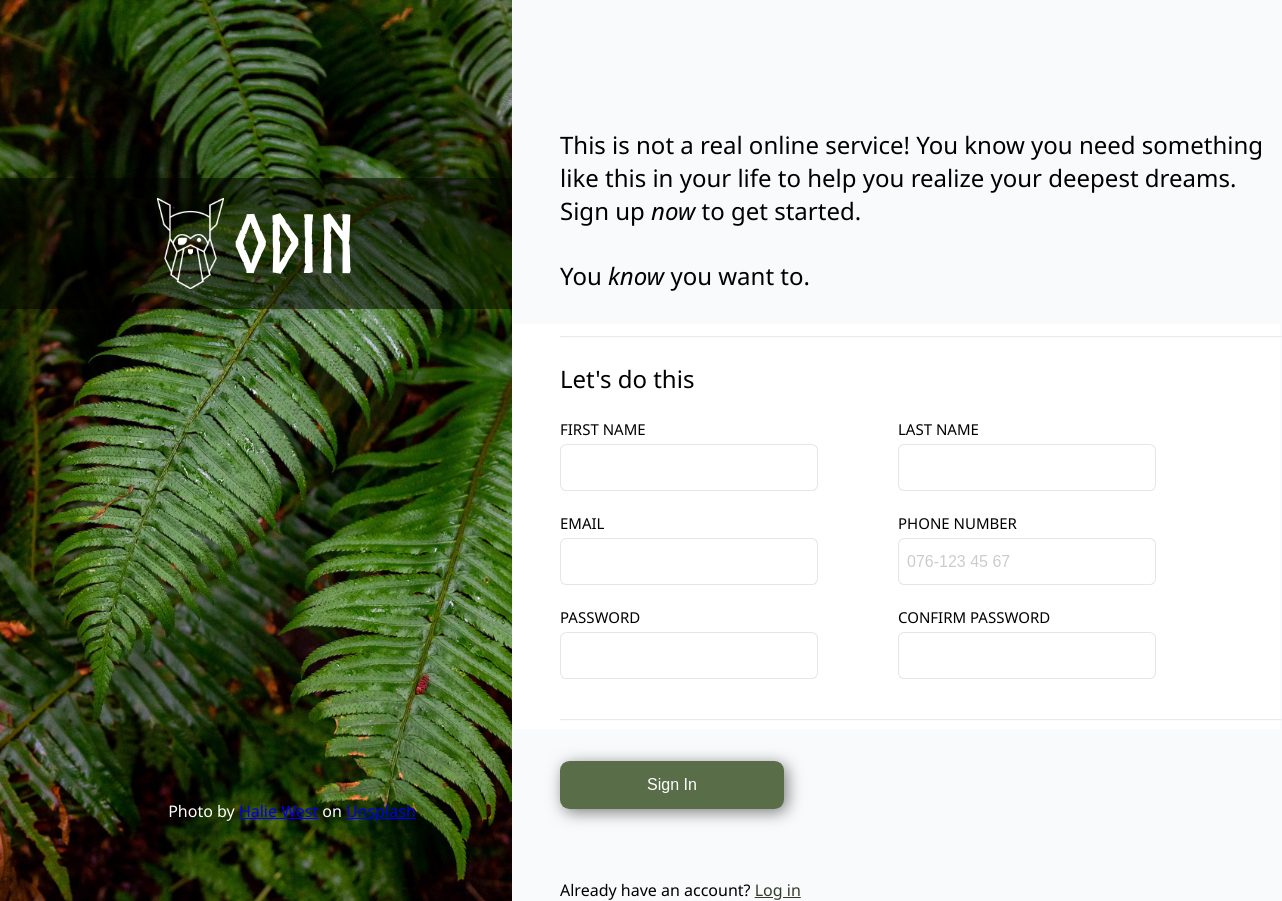
Repository: fed26sto-fundamentals/sign-up-form-odai-dh
Page: index.html
These files come from the project's save history. The page is drawn as it stood at one moment and after a run of saves; the edit follows.
The browser window is 1280 px wide. The page is 1282 px wide, so the pictures cover 1282 px, including what lies to the right of the window. The pictures show the whole page.

Above is the page before, as saved 2024-10-01 21:17:59.

### index.html
<!DOCTYPE html>
<html lang="en">

<head>
    <meta charset="UTF-8">
    <meta name="viewport" content="width=device-width, initial-scale=1.0">
    <link href="styles.css" rel="stylesheet" />
    <title>Document</title>
</head>

<body>
    <div class="leftSide">
        <div class="odinLogo">
            <img src="/img/odin-lined.png" alt="odin logo">
            <p>ODIN</p>
        </div>
        <div class="leftSideFoot">
            <p>Photo by <a href="https://unsplash.com/@haliewestphoto" target="_blank">Halie West</a> on <a
                    href="https://unsplash.com/" target="_blank">Unsplash</a></p>

        </div>
    </div>
    <div class="rightSide">
        <div class="textR">
            <p>This is not a real online service! You know you need something like this in your life to help you realize
                your deepest dreams. Sign up <em>now</em> to get started.</p>
        </div>
        <div class="textRs">
            <p> You <em>know</em> you want to.</p>
        </div>
        <div class="form">
            <form action="#" class="form">
                <div class="formTitle">
        <hr id="line">
                    <p>Let's do this</p>
                </div>
                <div class="formStart">
                    <div class="cill1">
                        <div class="firstN">
                            <label for="firstN">FIRST NAME</label>
                            <input type="text" id="firstN" class="required" name="firstName" required>
                            <span class="error-message" aria-live="polite">First Name is required</span>
                        </div>
                        <div class="emailIn">
                            <label for="emailIn">EMAIL</label>
                            <input type="email" id="emailIn" class="required" name="email" required>
                            <span class="error-message" aria-live="polite">Email is required</span>
                        </div>
                        <div class="passwordIn">
                            <label for="passwordIn">PASSWORD</label>
                            <input type="password" id="passwordIn" class="required" name="password" required minlength="8" maxlength="16">
                            <span class="error-message" aria-live="polite">Password must be between 8 and 16 characters.</span>
                        </div>
                    </div>
                    <div class="cill2">
                        <div class="lastN">
                            <label for="lastN">LAST NAME</label>
                            <input type="text" id="lastN" class="required" name="lastName" required>
                            <span class="error-message" aria-live="polite">Last Name is required</span>
                        </div>
                        <div class="nummber">
                            <label for="number">PHONE NUMBER</label>
                            <input type="tel" id="number" class="required" name="phoneNumber" pattern="076-[0-9]{3} [0-9]{2} [0-9]{2}" placeholder="076-123 45 67" required>
                            <span class="error-message" aria-live="polite">Please enter a valid phone number.</span>
                        </div>
                        <div class="passwordCon">
                            <label for="passwordCon">CONFIRM PASSWORD</label>
                            <input type="password" id="passwordCon" class="required" name="confirmPassword" required minlength="8" maxlength="16">
                            <span class="error-message" aria-live="polite">Password do Not match</span>
                        </div>
                    </div>
                </div>
                <hr id="line">
        </div>

        <div class="submtion">
            <button id="forSubmtion"> Sign In</button>
            <div id="forSubmtionError"></div>
            <p>
                Already have an account? <a href="">Log in</a>
            </p>
        </div>
        </form>
    </div>
</body>

</html>

### styles.css
@font-face {
    font-family: 'NorseBold';
    src: url('../fonts/Norse-Bold.otf') format('opentype');

}

body {
    font-family: 'Segoe UI', Tahoma, Geneva, Verdana, sans-serif;
    display: flex;
    align-content: center;
    min-height: 100vh;
    margin: 0;
    padding: 0px;
    height: 100%;
    background-color: #F9FAFB;
    ;

}



.leftSide {
    background: url(/img/green.jpg) no-repeat;
    border: 0;
    width: 40%;
    align-content: center;
    background-size: cover;
    background-position: center;

}

.odinLogo {
    display: flex;
    justify-content: center;
    align-items: center;
    height: 10%;
    padding: 20px;
    gap: 10px;
    background-color: rgba(0, 0, 0, 0.5);
    position: relative;
    top: -25vh;
}

.odinLogo img {
    height: 100%;
}

.odinLogo p {
    color: white;
    font-size: 80px;
    font-family: 'NorseBold', sans-serif;
}


.leftSideFoot {
    display: flex;
    justify-self: center;
    position: relative;
    bottom: -41vh;
    left: 5vh;
}

.leftSideFoot p {
    color: rgb(255, 255, 255);
}

.leftSideFoot a:visited {
    color: rgb(199, 201, 221);
}

.leftSideFoot a:hover {
    color: rgb(187, 131, 239);
    transition: 0.5s;
}




.rightSide {
    display: flex;
    flex-direction: column;
    gap: 2rem;
}


.rightSide>div {
    padding-left: 3rem;
}

.rightSide>div>p {
    margin-top: 0;
    margin-bottom: 0;
}

.textR,
.textRs,
.formTitle {
    font-size: 1.5rem;
}

.textR {
    margin-top: 8rem;
}

.form{
    background-color: rgb(255, 255, 255);
}
.formStart {
    display: flex;
    justify-content: left;
    gap: 5rem;
    flex-wrap: wrap;
}

.formStart div {
    display: flex;
    flex-direction: column;
    gap: 1.4rem;
}

.formStart>div {
    margin-bottom: 2rem;
}

.formStart div div label {
    font-size: 15px;
}

.formStart div div input {
    width: 100%;

}
.formStart div div input:focus {
    border-color: #007BFF;
    box-shadow: 0 0 5px rgba(0, 123, 255, 1);

}

#line{
    width: 100%;
    opacity: 0.2;
    margin-bottom: ;
}



.error-message {
    display: none;
    color: #d30c34;
    font-size: 12px;
    margin-top: -5px;
}

input:not(:focus):invalid+.error-message {
    display: none;
}

input:invalid+.error-message {
    display: block;
    margin-top: 4px;
}
input:not(:focus):invalid {
    border: 1px solid rgba(128, 128, 128, 0.2); /* Neutraler grauer Rand */
}

input::placeholder {
    color: grey;
    font-size: 16px;
    opacity: 0.4;
}


.formStart div div input {
    height: 1.8rem;
    width: 15rem;
    border: 1px solid #ccc;
    border-radius: 0.4rem;
    outline: none;
    padding: 0.5rem;
    font-size: 18px;
}

.formStart div div {
    display: flex;
    flex-direction: column;
    gap: 0.3rem;
}

.submtion {
    display: flex;
    flex-direction: column;
    gap: 2.2rem
}

.submtion a {
    color: #596D48;
}

.submtion a:visited {
    color: #313d27;
}

#forSubmtion {
    cursor: pointer;
    height: 3rem;
    width: 14rem;
    background-color: #596D48;
    color: white;
    font-size: 16px;
    border: 0px;
    border-radius: 0.6rem;
    box-shadow: 0.2rem 0.2rem 1rem rgba(0, 0, 0, 0.5);
}

After the next 8 saves:
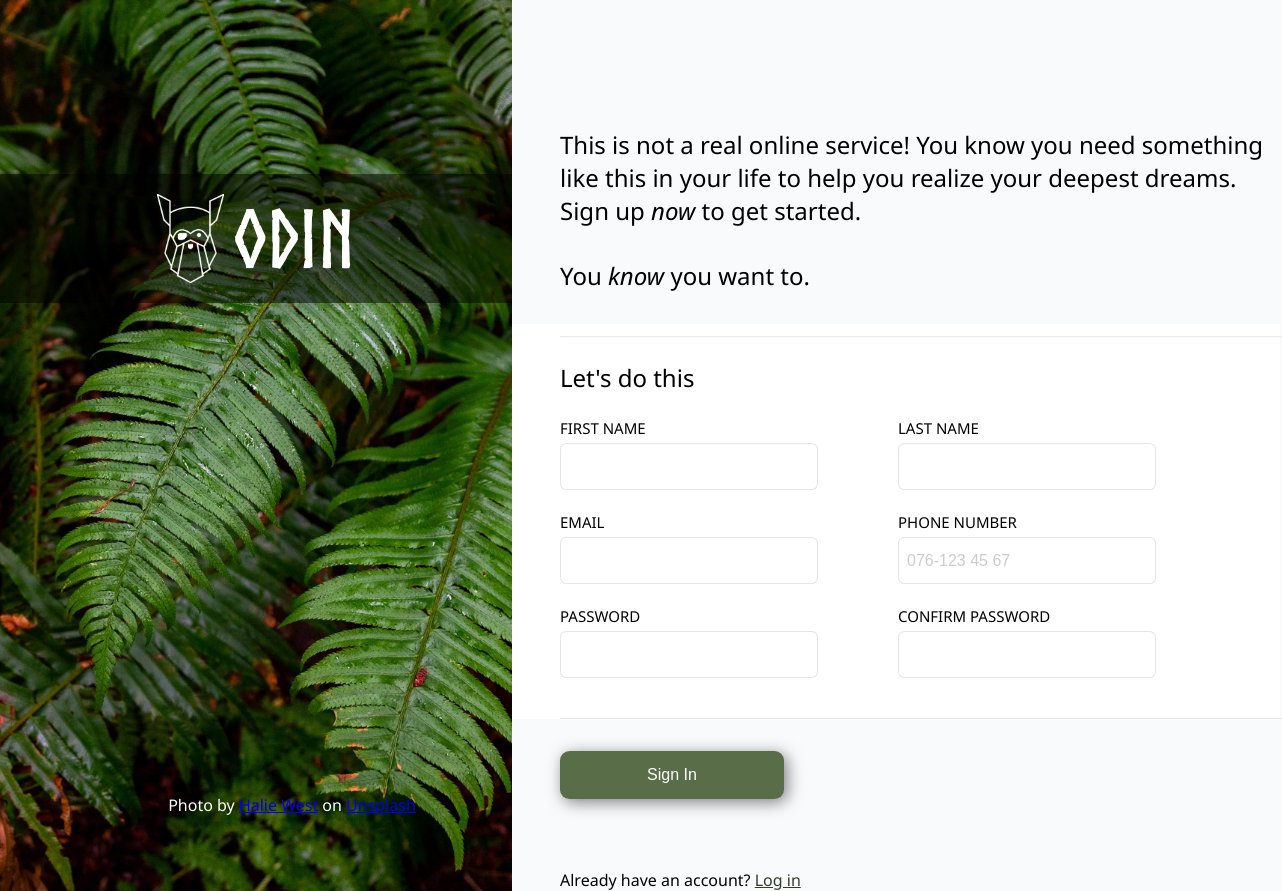
The 8 saves are shown as one change because they came seconds apart.
The last was saved 17 s later.
--- a/styles.css
+++ b/styles.css
@@ -139,7 +139,7 @@ body {
 #line{
     width: 100%;
     opacity: 0.2;
-    margin-bottom: ;
+    margin-bottom: -1px;
 }
 
 
